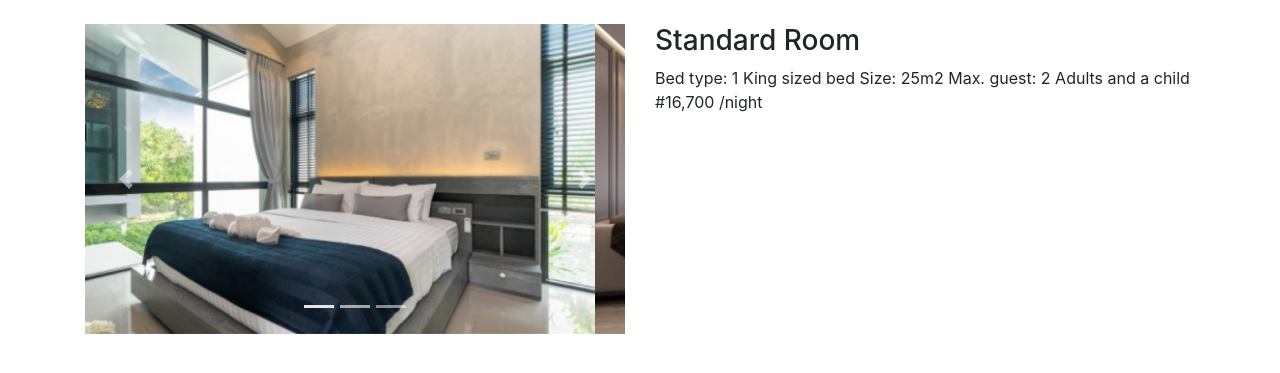
Repository: Syfon01/hotel-website
Page: room.html
The author's editor kept a copy of each file at every save. The page is drawn from the files as they stood at one save, then again after a run of saves.
The browser window is 1280 px wide. The pictures show the whole page.

Above is the page before, as saved 2020-06-08 15:18:01.

After the next 2 saves:
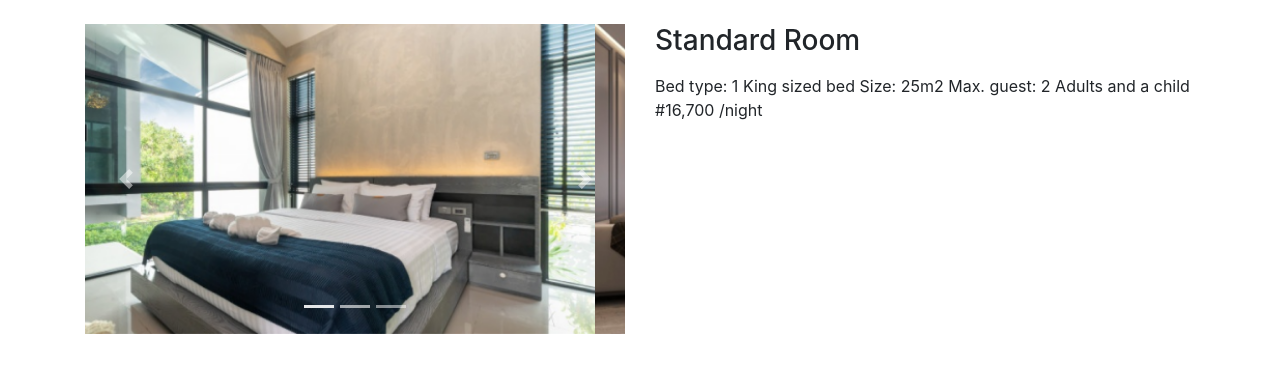
The 2 saves are shown as one change because they came seconds apart.
The last was saved 7 s later.
--- a/room.html
+++ b/room.html
@@ -43,7 +43,7 @@
           </div>
           <div class="col-md-6 col-lg-6 col-12 col-sm-12">
             <h3 class="text-purple">Standard Room</h3>
-            Bed type: 1 King sized bed
+            <p></p>Bed type: 1 King sized bed
             Size: 25m2
             Max. guest: 2 Adults and a child
             #16,700 /night
